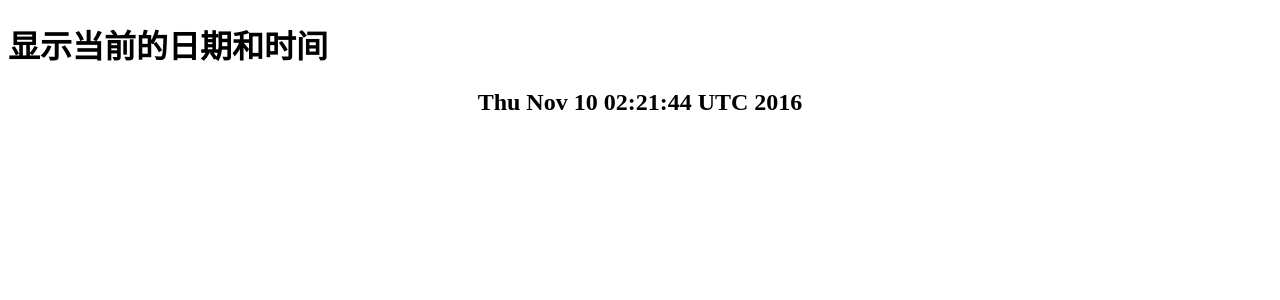
Repository: eterinfi/java
Page: http://localhost/JSPDemo/CurrentDate.jsp
An editor plug-in stored every save of this project. The page is shown before and after the next save, followed by the edit.
The browser window is 1280 px wide. The pictures show the whole page.
The page is served by Tomcat 9.

Above is the page before, as saved 2016-11-15 08:28:03.

After the next save:
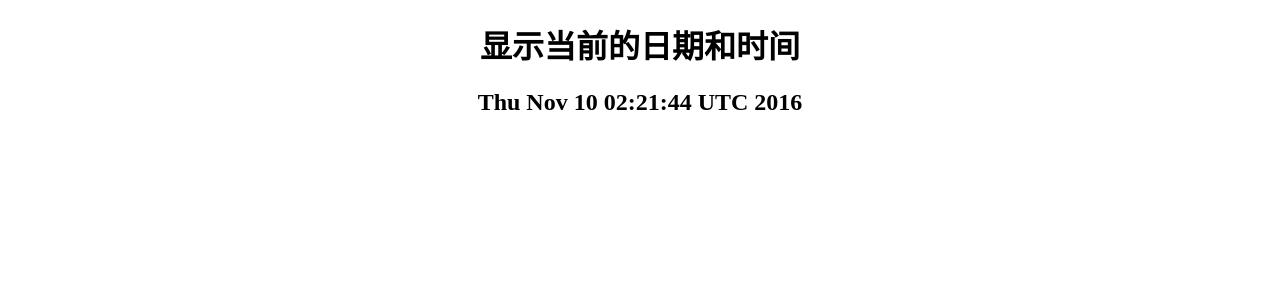
Saved 53 s later.
--- a/jee/JSPDemo/WebContent/CurrentDate.jsp
+++ b/jee/JSPDemo/WebContent/CurrentDate.jsp
@@ -8,7 +8,7 @@
   <title>显示当前的日期和时间</title>
 </head>
 <body>
-  <h1>显示当前的日期和时间</h1>
+  <h1 align="center">显示当前的日期和时间</h1>
   <%
     Date date = new Date();
     out.print("<h2 align=\"center\">" + date.toString() + "</h2>");
